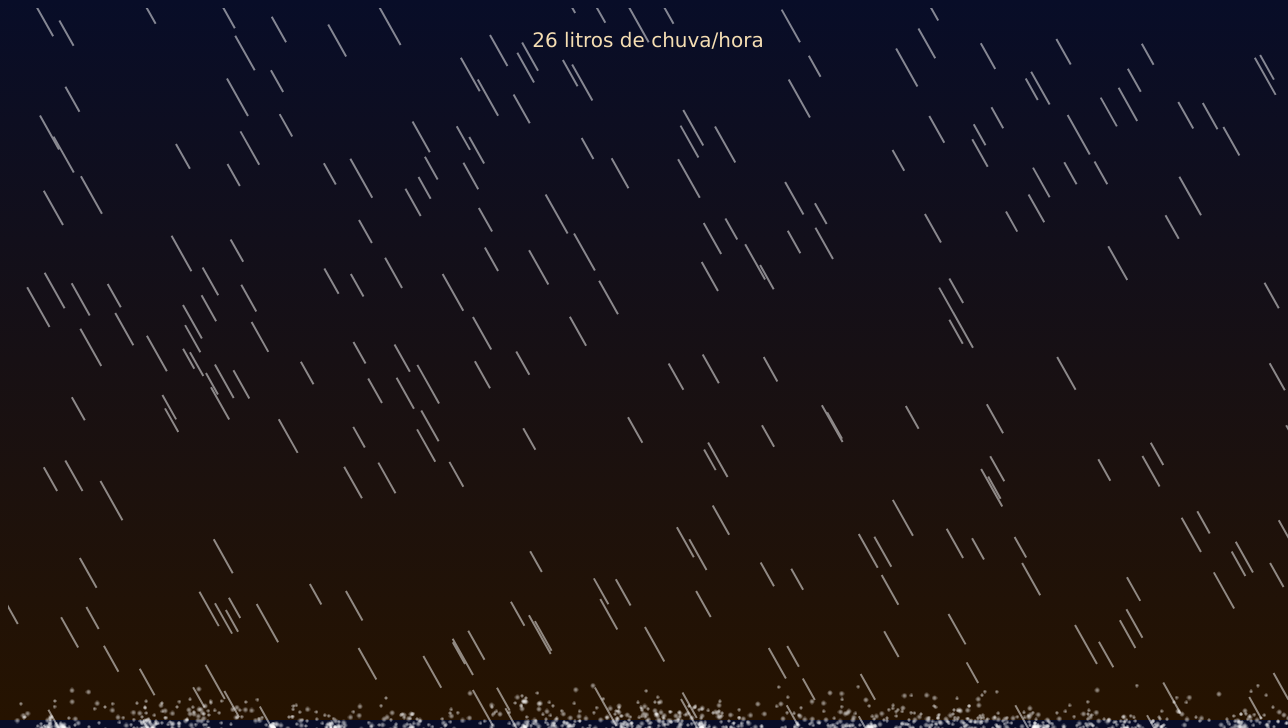
Repository: lucasthaynan/chuvas-estadao
Page: index.html
These files come from the project's save history. The page is drawn as it stood at one moment and after the next save; the edit follows.
The browser window is 1280 px wide. The page is 1288 px wide, so the pictures cover 1288 px, including what lies to the right of the window. The pictures show the whole page.

Above is the page before, as saved 2023-02-23 19:00:06.
Console error: ReferenceError: dat is not defined

### index.html
<!DOCTYPE html>
<html lang="en">
<head>
    <meta charset="UTF-8">
    <meta http-equiv="X-UA-Compatible" content="IE=edge">
    <meta name="viewport" content="width=device-width, initial-scale=1.0">
    <link rel="stylesheet" href="./style.css">
    <title>Document</title>
</head>
<body>

    <div id="instructions"></div>
    <canvas id="canvas">Canvas is not supported in your browser

    </canvas>

    <div class="text">
        <p>26 litros de chuva/hora</p>
    </div>



    <script src="./main.js"></script>
</body>
</html>

### style.css
html, body, canvas, #instructions {
	position: absolute;
	width: 100%;
	height: 100%;
}
body {
background: -moz-linear-gradient(top,  rgba(8,13,40,1) 0%, rgba(38,19,0,1) 100%); /* FF3.6-15 */
background: linear-gradient(to bottom,  rgb(37 46 93) 0%,hsl(242deg 80% 60% / 93%) 100%);
background: -webkit-linear-gradient(top,  rgba(8,13,40,1) 0%,rgba(38,19,0,1) 100%); /* Chrome10-25,Safari5.1-6 */
/* background: linear-gradient(to bottom,  rgba(8,13,40,1) 0%,rgba(38,19,0,1) 100%); W3C, IE10+, FF16+, Chrome26+, Opera12+, Safari7+ */
}

#instructions {
	opacity: 1;
	transition: opacity 2s;
	background-repeat: no-repeat;
	background-position: center center;
	background-size: contain;
	/* background-image: url(data:[embedded picture, 1818 characters]);
	 */
	@media (max-height: 400px) {
		display: none;
	}
}


.text {
    display: flex;
    justify-content: center;
}

p {
    color: wheat;
    font-size: 20px;
    font-family:'Lucida Sans', 'Lucida Sans Regular', 'Lucida Grande', 'Lucida Sans Unicode', Geneva, Verdana, sans-serif
}

### main.js
// Falling rain simulation using 2D canvas
// - vanilla JS, no frameworks
// - framerate independent physics
// - slow-mo / fast-forward support via demo.speed
// - supports high-DPI screens
// - falling rain particles are drawn as vector lines
// - splash particles are lazily pre-rendered so gradients aren't computed each frame
// - all particles make use of object pooling to further boost performance

// initialize
document.addEventListener("DOMContentLoaded", function() {
	demo.init();
	window.addEventListener('resize', demo.resize);
});

// demo namespace
var demo = {
	// CUSTOMIZABLE PROPERTIES
	// - physics speed multiplier: allows slowing down or speeding up simulation
	speed: 1,
	// - color of particles
	color: {
		r: '255',
		g: '255',
		b: '255',
		a: '0.5'
	},

	// END CUSTOMIZATION
	// whether demo is running
	started: false,
	// canvas and associated context references
	canvas: null,
	ctx: null,
	// viewport dimensions (DIPs)
	width: 0,
	height: 0,
	// devicePixelRatio alias (should only be used for rendering, physics shouldn't care)
	dpr: window.devicePixelRatio || 1,
	// time since last drop
	drop_time: 0,
	// ideal time between drops (changed with mouse/finger)
    drop_delay: 2,
	// drop_delay: 156,
	// wind applied to rain (changed with mouse/finger)
    wind: 15,
	// wind: 5,
	// color of rain (set in init)
	rain_color: null,
	rain_color_clear: null,
	// rain particles
	rain: [],
	rain_pool: [],
	// rain droplet (splash) particles
	drops: [],
	drop_pool: []
};

// demo initialization (should only run once)
demo.init = function() {
	if (!demo.started) {
		demo.started = true;
		demo.canvas = document.getElementById('canvas');
		demo.ctx = demo.canvas.getContext('2d');
		var c = demo.color;
		demo.rain_color = 'rgba(' + c.r + ',' + c.g + ',' + c.b + ',' + c.a + ')';
		demo.rain_color_clear = 'rgba(' + c.r + ',' + c.g + ',' + c.b + ',0)';
		demo.resize();
		Ticker.addListener(demo.step);

		//
		const gui = new dat.GUI();
		gui.add(demo, 'speed', 0.2, 2);

		// fade out instructions after a few seconds
		var instructions = document.getElementById('instructions');
		setTimeout(function() {
			instructions.style.opacity = 0;
			setTimeout(function(){
				instructions.parentNode.removeChild(instructions);
			}, 2000);
		}, 4000);
	}
}

// (re)size canvas (clears all particles)
demo.resize = function() {
	// localize common references
	var rain = demo.rain;
	var drops = demo.drops;
	// recycle particles
	for (var i = rain.length - 1; i >= 0; i--) {
			rain.pop().recycle();
	}
	for (var i = drops.length - 1; i >= 0; i--) {
			drops.pop().recycle();
	}
	// resize
	demo.width = window.innerWidth;
	demo.height = window.innerHeight;
	demo.canvas.width = demo.width * demo.dpr;
	demo.canvas.height = demo.height * demo.dpr;
}

demo.step = function(time, lag) {
	// localize common references
	var demo = window.demo;
	var speed = demo.speed;
	var width = demo.width;
	var height = demo.height;
	var wind = demo.wind;
	var rain = demo.rain;
	var rain_pool = demo.rain_pool;
	var drops = demo.drops;
	var drop_pool = demo.drop_pool;

	// multiplier for physics
	var multiplier = speed * lag;

	// spawn drops
	demo.drop_time += time * speed;
	while (demo.drop_time > demo.drop_delay) {
		demo.drop_time -= demo.drop_delay;
		var new_rain = rain_pool.pop() || new Rain();
		new_rain.init();
		var wind_expand = Math.abs(height / new_rain.speed * wind); // expand spawn width as wind increases
		var spawn_x = Math.random() * (width + wind_expand);
		if (wind > 0) spawn_x -= wind_expand;
		new_rain.x = spawn_x;
		rain.push(new_rain);
	}

	// rain physics
	for (var i = rain.length - 1; i >= 0; i--) {
		var r = rain[i];
		r.y += r.speed * r.z * multiplier;
		r.x += r.z * wind * multiplier;
		// remove rain when out of view
		if (r.y > height) {
			// if rain reached bottom of view, show a splash
			r.splash();
		}
		// recycle rain
		if (r.y > height + Rain.height * r.z || (wind < 0 && r.x < wind) || (wind > 0 && r.x > width + wind)) {
			r.recycle();
			rain.splice(i, 1);
		}
	}

	// splash drop physics
	var drop_max_speed = Drop.max_speed;
	for (var i = drops.length - 1; i >= 0; i--) {
		var d = drops[i];
		d.x += d.speed_x * multiplier;
		d.y += d.speed_y * multiplier;
		// apply gravity - magic number 0.3 represents a faked gravity constant
		d.speed_y += 0.3 * multiplier;
		// apply wind (but scale back the force)
		d.speed_x += wind / 25 * multiplier;
		if (d.speed_x < -drop_max_speed) {
			d.speed_x = -drop_max_speed;
		}else if (d.speed_x > drop_max_speed) {
			d.speed_x = drop_max_speed;
		}
		// recycle
		if (d.y > height + d.radius) {
			d.recycle();
			drops.splice(i, 1);
		}
	}

	demo.draw();
}

demo.draw = function() {
	// localize common references
	var demo = window.demo;
	var width = demo.width;
	var height = demo.height;
	var dpr = demo.dpr;
	var rain = demo.rain;
	var drops = demo.drops;
	var ctx = demo.ctx;

	// start fresh
	ctx.clearRect(0, 0, width*dpr, height*dpr);

	// draw rain (trace all paths first, then stroke once)
	ctx.beginPath();
	var rain_height = Rain.height * dpr;
	for (var i = rain.length - 1; i >= 0; i--) {
		var r = rain[i];
		var real_x = r.x * dpr;
		var real_y = r.y * dpr;
		ctx.moveTo(real_x, real_y);
		// magic number 1.5 compensates for lack of trig in drawing angled rain
		ctx.lineTo(real_x - demo.wind * r.z * dpr * 1.5, real_y - rain_height * r.z);
	}
	ctx.lineWidth = Rain.width * dpr;
	ctx.strokeStyle = demo.rain_color;
	ctx.stroke();

	// draw splash drops (just copy pre-rendered canvas)
	for (var i = drops.length - 1; i >= 0; i--) {
		var d = drops[i];
		var real_x = d.x * dpr - d.radius;
		var real_y = d.y * dpr - d.radius;
		ctx.drawImage(d.canvas, real_x, real_y);
	}
}


// Rain definition
function Rain() {
	this.x = 0;
	this.y = 0;
	this.z = 0;
	this.speed = 25;
	this.splashed = false;
}
Rain.width = 2;

// TAMANHO DAS GOSTAS DE CHUVA - 40 = PADRAO
Rain.height = 40;
Rain.prototype.init = function() {
	this.y = Math.random() * -100;

    // VELOCIDADE DE QUEDA DA CHUVA - 0.5 + 0.5 = PADRAO
	this.z = Math.random() * 0.5 + 0.5;
	this.splashed = false;
}
Rain.prototype.recycle = function() {
	demo.rain_pool.push(this);
}
// recycle rain particle and create a burst of droplets
Rain.prototype.splash = function() {
	if (!this.splashed) {
		this.splashed = true;
		var drops = demo.drops;
		var drop_pool = demo.drop_pool;

		for (var i=0; i<16; i++) {
			var drop = drop_pool.pop() || new Drop();
			drops.push(drop);
			drop.init(this.x);
		}
	}
}


// Droplet definition
function Drop() {
	this.x = 0;
	this.y = 0;
	this.radius = Math.round(Math.random() * 2 + 1) * demo.dpr;
	this.speed_x = 0;
	this.speed_y = 0;
	this.canvas = document.createElement('canvas');
	this.ctx = this.canvas.getContext('2d');

	// render once and cache
	var diameter = this.radius * 2;
	this.canvas.width = diameter;
	this.canvas.height = diameter;

	var grd = this.ctx.createRadialGradient(this.radius, this.radius , 1, this.radius, this.radius, this.radius);
	grd.addColorStop(0, demo.rain_color);
	grd.addColorStop(1, demo.rain_color_clear);
	this.ctx.fillStyle = grd;
	this.ctx.fillRect(0, 0, diameter, diameter);
}

// DISPERCAO DOS PINGOS NO CHAO
Drop.max_speed = 5;

Drop.prototype.init = function(x) {
	this.x = x;
	this.y = demo.height;
	var angle = Math.random() * Math.PI - (Math.PI * 0.5);
	var speed = Math.random() * Drop.max_speed;
	this.speed_x = Math.sin(angle) * speed;
	this.speed_y = -Math.cos(angle) * speed;
}
Drop.prototype.recycle = function() {
	demo.drop_pool.push(this);
}




// handle interaction
demo.mouseHandler = function(evt) {
	demo.updateCursor(evt.clientX, evt.clientY);
}
demo.touchHandler = function(evt) {
	evt.preventDefault();
	var touch = evt.touches[0];
	demo.updateCursor(touch.clientX, touch.clientY);
}
demo.updateCursor = function(x, y) {
	x /= demo.width;
	y /= demo.height;
	var y_inverse = (1 - y);

	demo.drop_delay = y_inverse*y_inverse*y_inverse * 100 + 2;
	demo.wind = (x - 0.5) * 50;
}

// document.addEventListener('mousemove', demo.mouseHandler);
// document.addEventListener('touchstart', demo.touchHandler);
// document.addEventListener('touchmove', demo.touchHandler);



// Frame ticker helper module
var Ticker = (function(){
	var PUBLIC_API = {};

	// public
	// will call function reference repeatedly once registered, passing elapsed time and a lag multiplier as parameters
	PUBLIC_API.addListener = function addListener(fn) {
		if (typeof fn !== 'function') throw('Ticker.addListener() requires a function reference passed in.');

		listeners.push(fn);

		// start frame-loop lazily
		if (!started) {
			started = true;
			queueFrame();
		}
	};

	// private
	var started = false;
	var last_timestamp = 0;
	var listeners = [];
	// queue up a new frame (calls frameHandler)
	function queueFrame() {
		if (window.requestAnimationFrame) {
			requestAnimationFrame(frameHandler);
		} else {
			webkitRequestAnimationFrame(frameHandler);
		}
	}
	function frameHandler(timestamp) {
		var frame_time = timestamp - last_timestamp;
		last_timestamp = timestamp;
		// make sure negative time isn't reported (first frame can be whacky)
		if (frame_time < 0) {
			frame_time = 17;
		}
		// - cap minimum framerate to 15fps[~68ms] (assuming 60fps[~17ms] as 'normal')
		else if (frame_time > 68) {
			frame_time = 68;
		}

		// fire custom listeners
		for (var i = 0, len = listeners.length; i < len; i++) {
			listeners[i].call(window, frame_time, frame_time / 16.67);
		}

		// always queue another frame
		queueFrame();
	}

	return PUBLIC_API;
}());

After the next save:
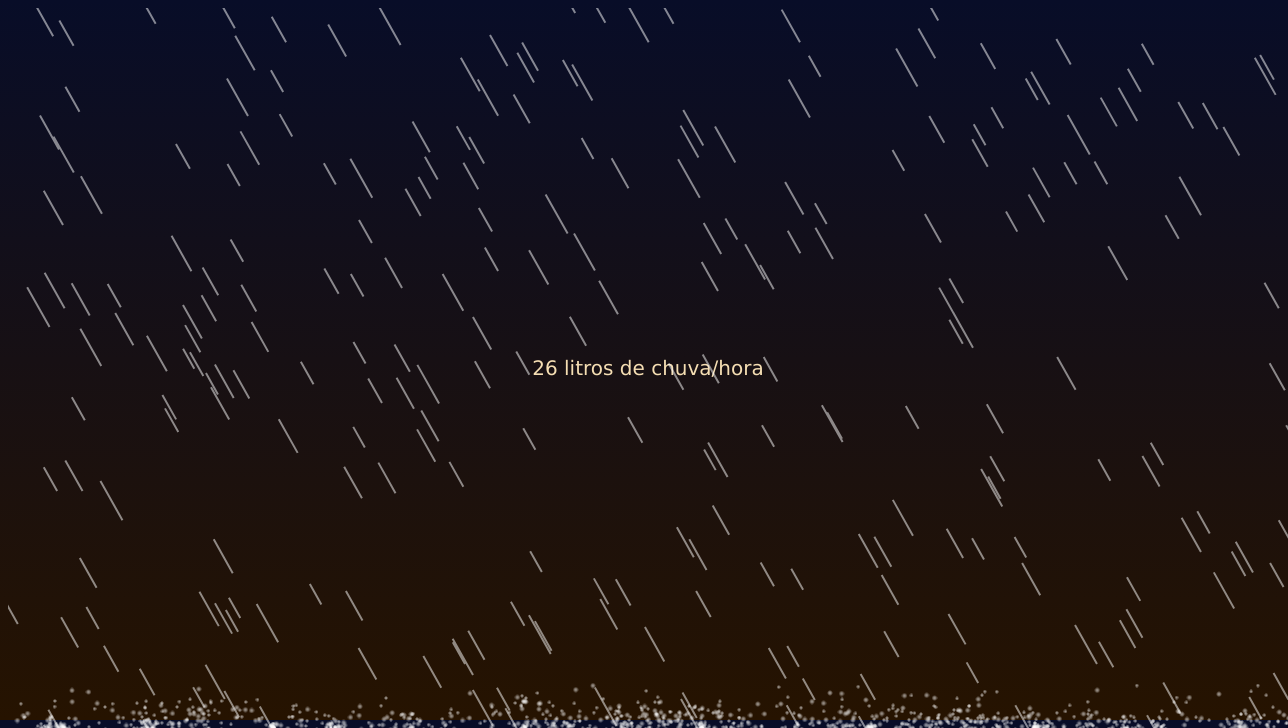
Saved 73 s later.
--- a/style.css
+++ b/style.css
@@ -27,10 +27,15 @@ background: -webkit-linear-gradient(top,  rgba(8,13,40,1) 0%,rgba(38,19,0,1) 100
 .text {
     display: flex;
     justify-content: center;
+    width: 100vw;
+    height: 100%;
+    /* align-content: center; */
+    align-items: center;
 }
 
 p {
     color: wheat;
     font-size: 20px;
-    font-family:'Lucida Sans', 'Lucida Sans Regular', 'Lucida Grande', 'Lucida Sans Unicode', Geneva, Verdana, sans-serif
+    font-family:'Lucida Sans', 'Lucida Sans Regular', 'Lucida Grande', 'Lucida Sans Unicode', Geneva, Verdana, sans-serif;
+
 }
